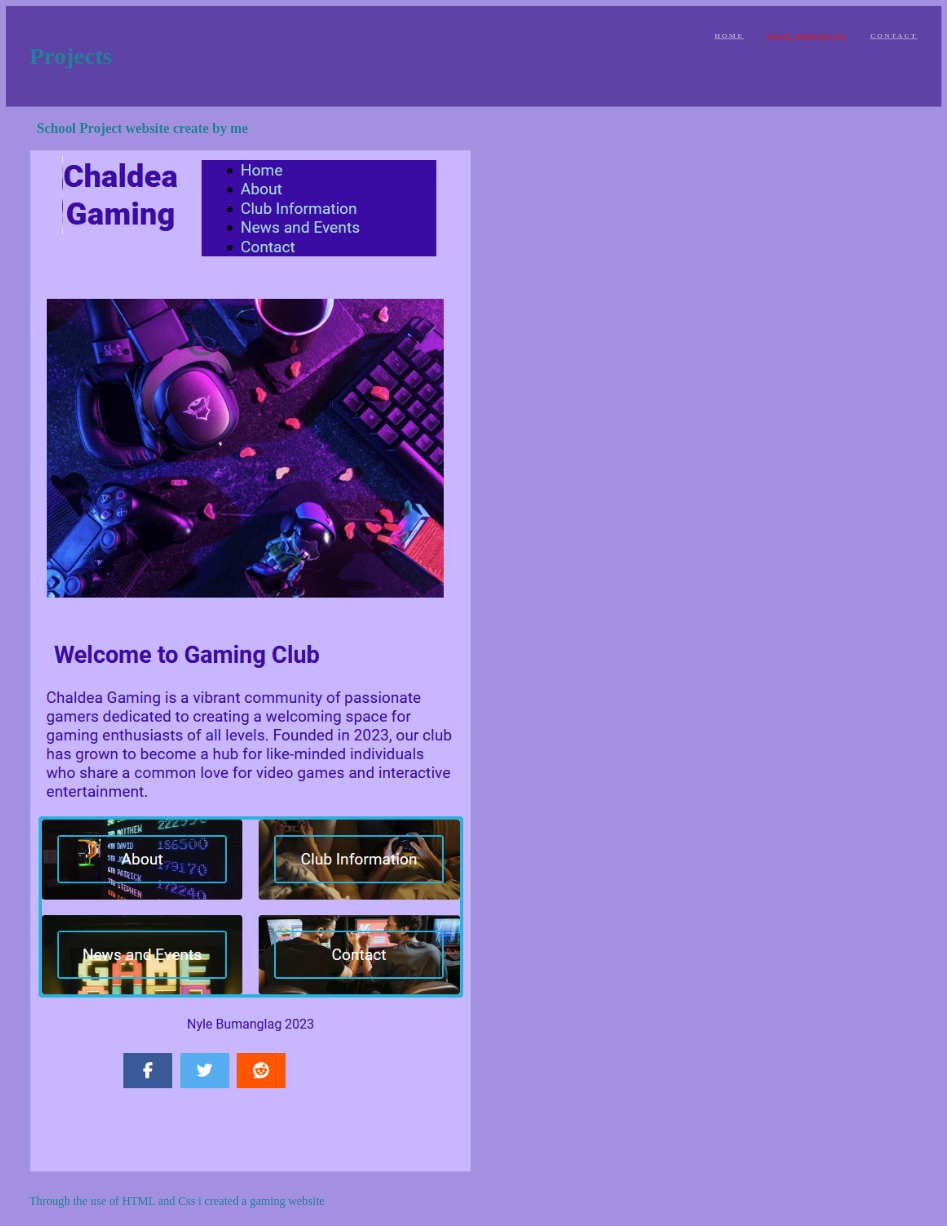
Repository: NyleNC/main
Page: projects.html
These files come from the project's save history. The page is drawn as it stood at one moment and after a run of saves; the edit follows.
The browser window is 1280 px wide. The pictures show the whole page, at 74% of full size.

Above is the page before, as saved 2024-11-07 00:40:50.

### projects.html
<!DOCTYPE html>
<html lang="en">
<head>
    <meta charset="UTF-8">
    <meta name="viewport" content="width=device-width, initial-scale=1.0">
    <title>Nyle Bumanglag</title>
    <link rel="stylesheet" href="style.css">
</head>
<header id="header"><h1>Projects</h1>
    <nav>
        <ul>
            <li><a href="index.html">Home</a></li>
            <li><a href="projects.html" class="active">Pass Projects</a></li>
            <li><a href="Contact.html">Contact</a></li>
        </ul>
    </nav>
</header>
<body>
    <section >
        <div class="container">
            <div >
            <h3>School Project website create by me </h3>
            <img src="Images/website.png" alt="website"class="image-fit" >
            <p>Through the use of HTML and Css i created a gaming website </p>
        </div>

        </div>



    </section>
</body>
</html>

### style.css
body{
    background: #a490e1;
    color: rgb(32, 129, 151);
}
#header {
display: -moz-flex;
display: -webkit-flex;
display: -ms-flex;
display: flex;
background-color: #5e42a6;
cursor: default;
padding: 1.75em 2em;
}

#header > .title {
border: 0;
color: #ffffff;
 display: block;
font-size: 1.25em;
font-weight: bold;
}

#header > nav {
-moz-flex: 1;
-webkit-flex: 1;
-ms-flex: 1;
flex: 1;
text-align: right;
}
 #header > nav > ul {
 margin: 0;
padding: 0;
}

 #header > nav > ul > li {
 display: inline-block;
margin-left: 1.75em;
 padding: 0;
vertical-align: middle;
}

#header > nav > ul > li:first-child {
margin-left: 0;
}

#header > nav > ul > li a {
  border: 0;
color: rgba(255, 255, 255, 0.542);
display: inline-block;
 font-size: 0.6em;
font-weight: bold;
letter-spacing: 0.25em;
text-transform: uppercase;
}
 #header > nav > ul > li a:hover {
color: rgb(144, 225, 164)
}
#header > nav > ul > li a.active {
color: #dd1a1a;
}

.image-fit {
 display: block;
 margin: 0 0 2em 0;
 width: 100%;
}
 .container{
    margin: 0 auto;
    gap: 5px;
    display: grid;
    grid-template-columns:  1fr 1fr;
	width: 95%;
    height: auto;

}
.container h3{
    padding-left: 10px;
}

After the next 2 saves:
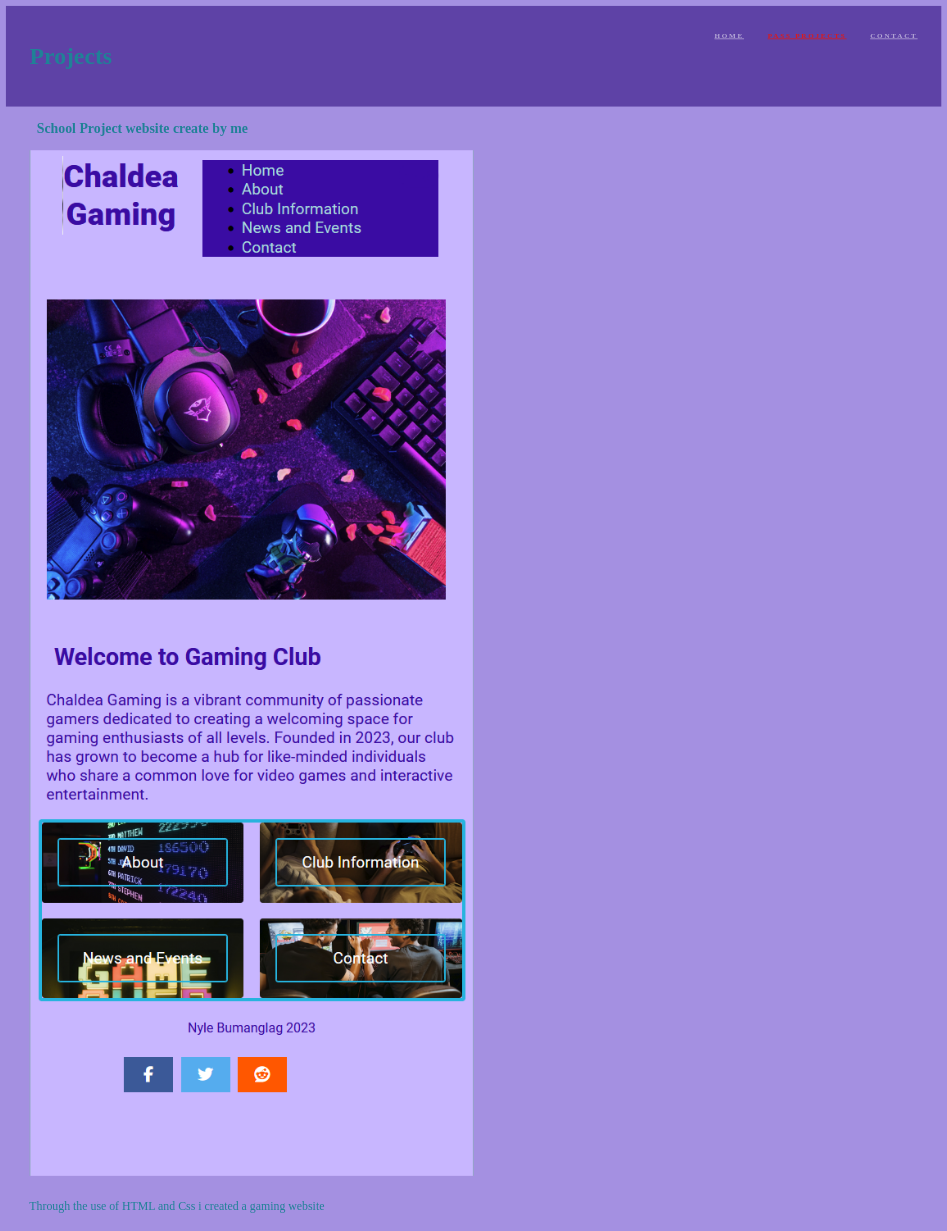
The 2 saves are shown as one change because they came seconds apart.
The last was saved 8 s later.
--- a/style.css
+++ b/style.css
@@ -66,7 +66,7 @@ color: #dd1a1a;
 }
  .container{
     margin: 0 auto;
-    gap: 5px;
+
     display: grid;
     grid-template-columns:  1fr 1fr;
 	width: 95%;
